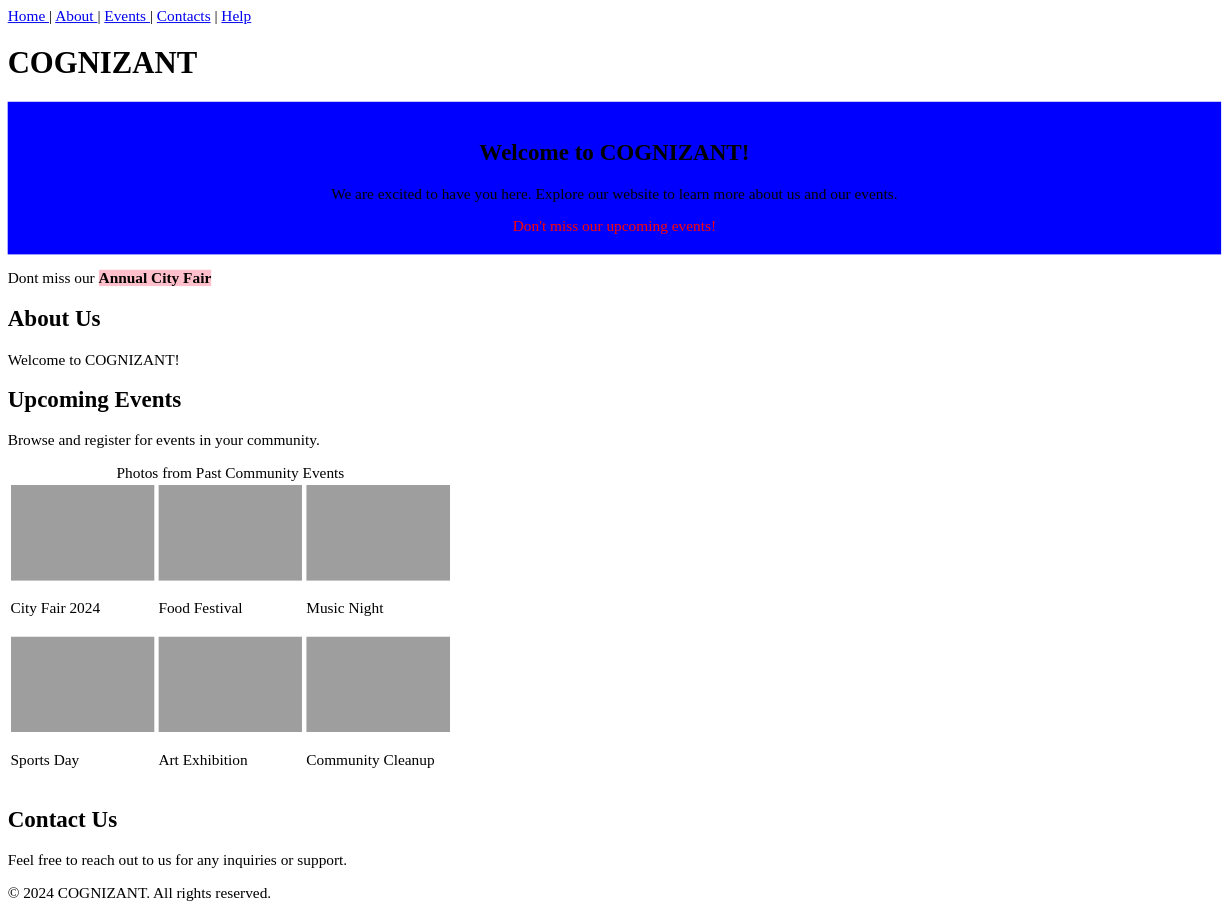
Repository: Sonasiju/Digital-Nurture-Java
Page: HTML/index.html
These files come from the project's save history. The page is drawn as it stood at one moment and after the next save; the edit follows.
The browser window is 1280 px wide. The pictures show the whole page, at 96% of full size.
Pictures or frames that could not be fetched are drawn as grey boxes.

Above is the page before, as saved 2026-06-03 17:53:55.

After the next save:
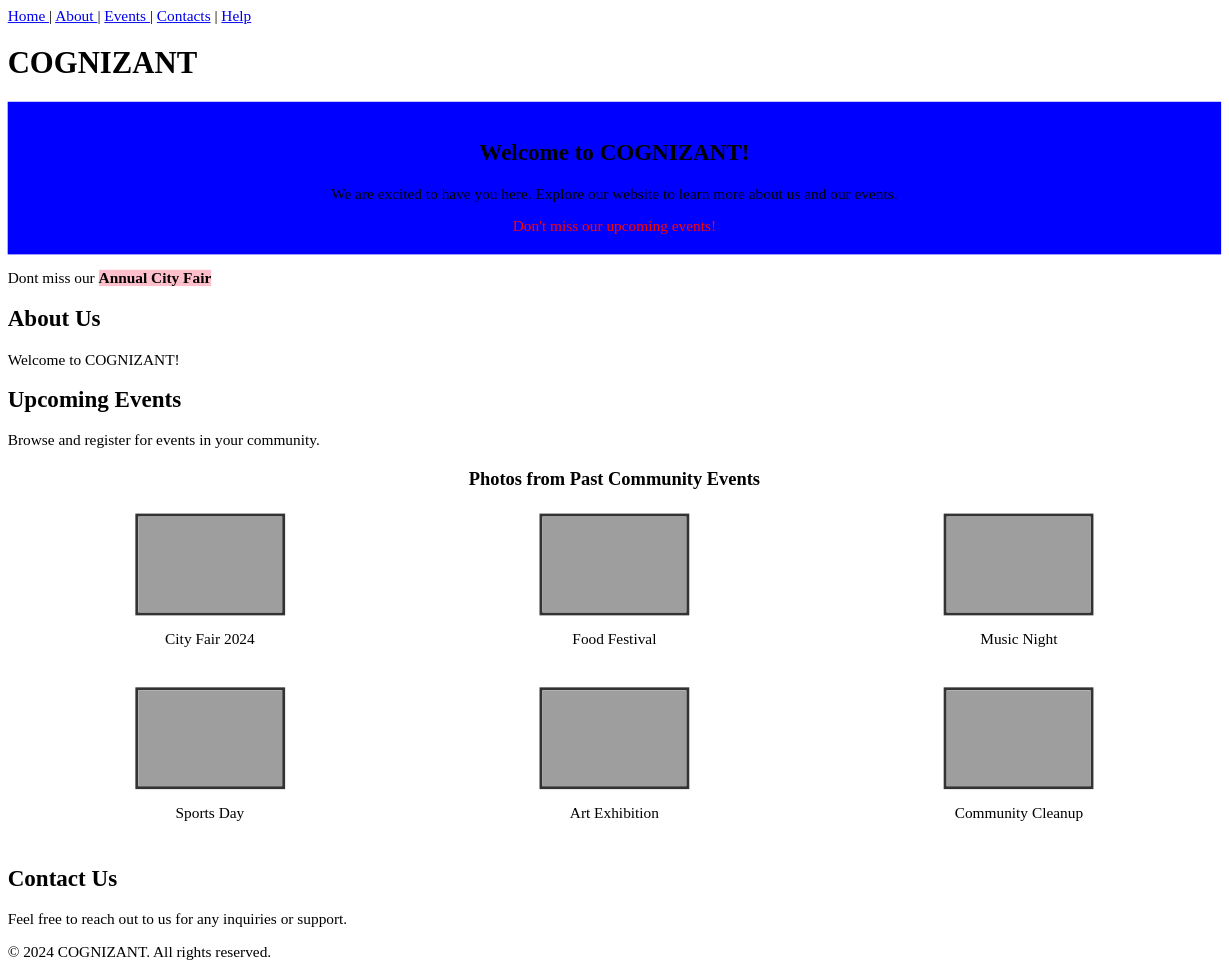
Saved 10 s later.
--- a/HTML/index.html
+++ b/HTML/index.html
@@ -14,6 +14,32 @@
 .highlight {
     background-color: pink;
     font-weight: bold;
+}
+
+/* Image Gallery Table */
+table {
+  width: 100%;
+  border-collapse: collapse;
+  margin-top: 20px;
+}
+
+caption {
+  font-size: 1.2em;
+  font-weight: bold;
+  margin-bottom: 10px;
+}
+
+.event-img {
+  border: 3px solid #333;
+  width: 150px;
+  height: 100px;
+  display: block;
+  margin: 5px auto;
+}
+
+td {
+  text-align: center;
+  padding: 10px;
 }
 </style>
 </head>
